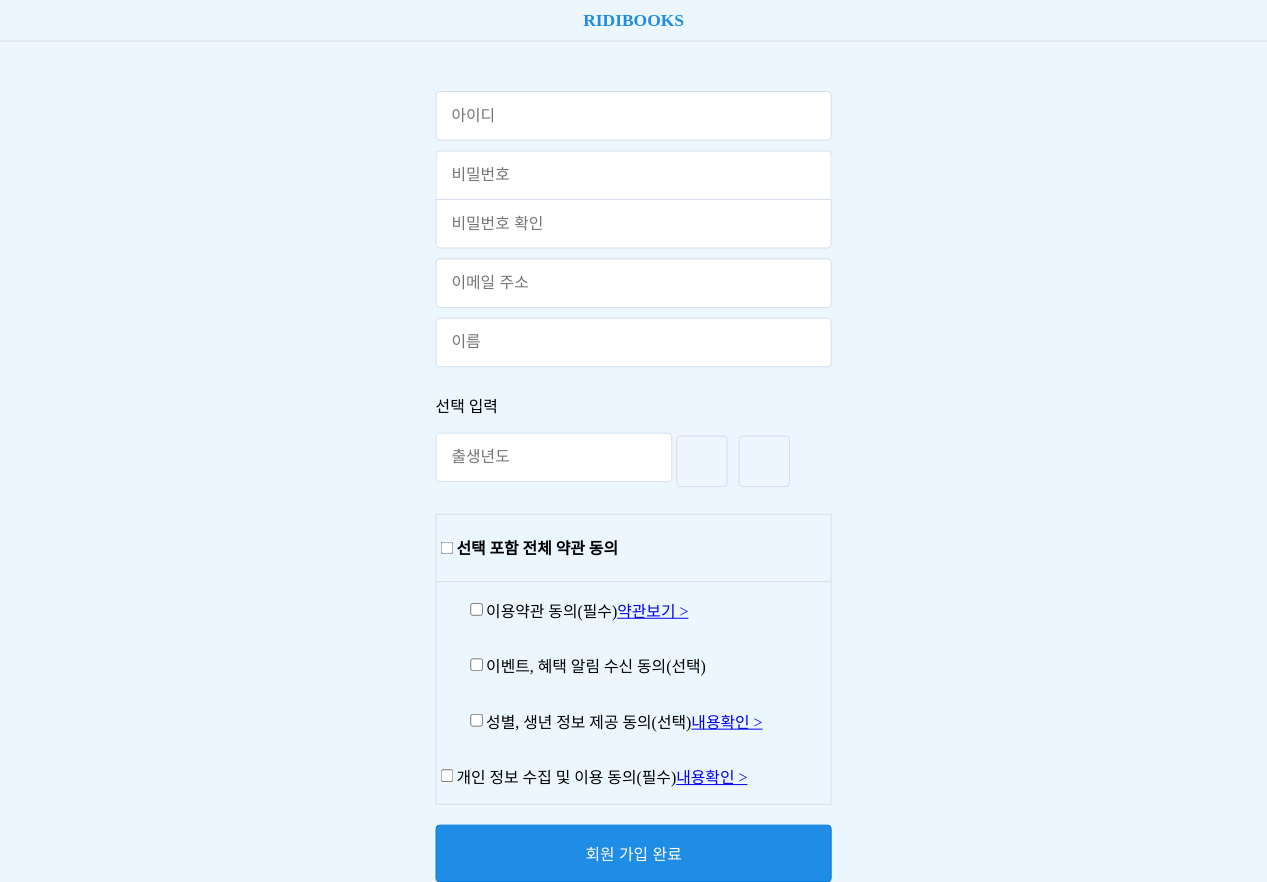
Repository: mega-teamproject/teamproject1
Page: html/join2.html
An editor plug-in stored every save of this project. The page is shown before and after the next save, followed by the edit.
The browser window is 1280 px wide. The pictures show the whole page, at 99% of full size.

Above is the page before, as saved 2021-12-28 03:13:17.

After the next save:
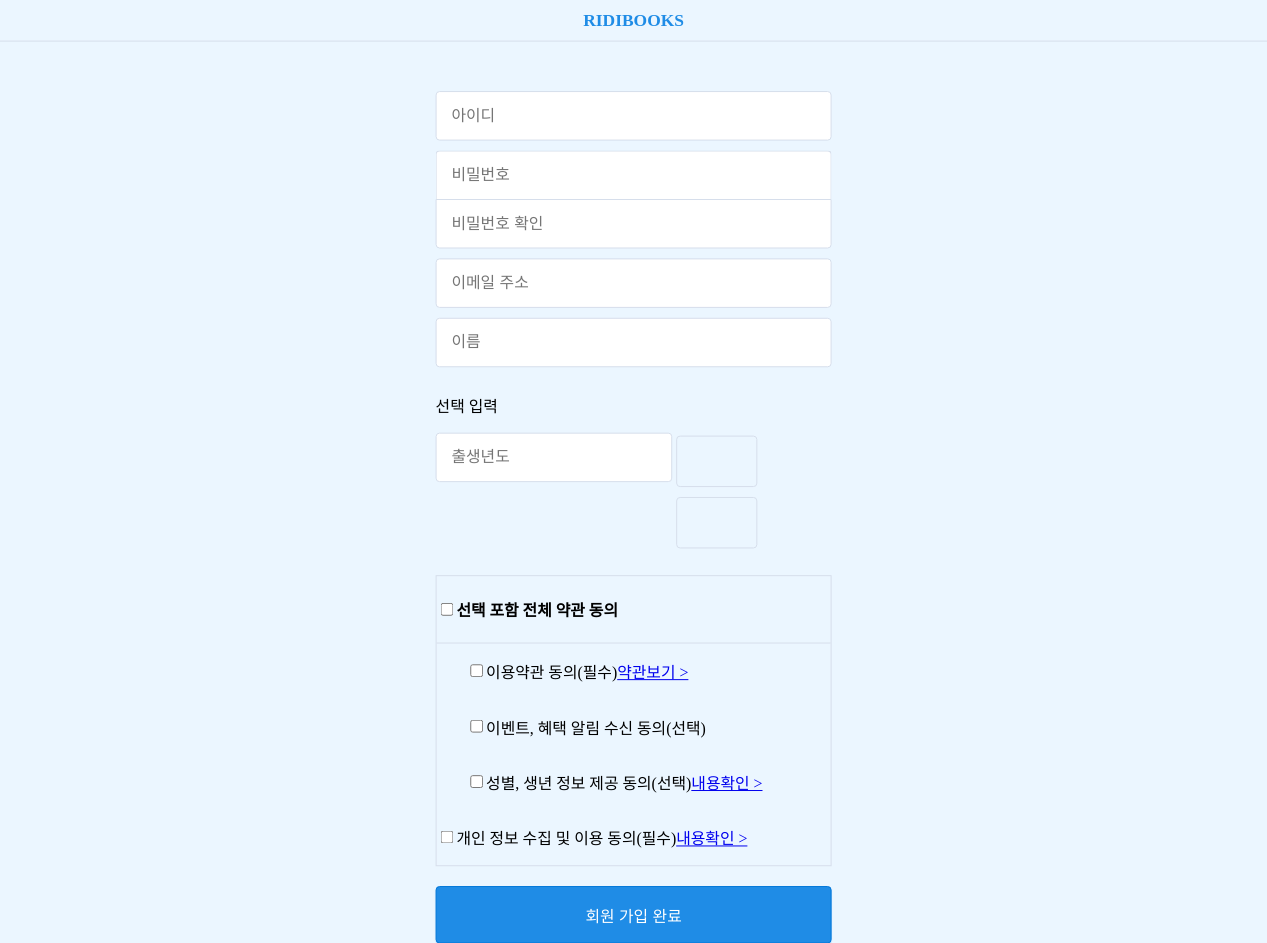
Saved 7 s later.
--- a/css/join2.css
+++ b/css/join2.css
@@ -58,7 +58,7 @@
 
 .birth-gender input[type="checkbox"] {
   appearance: none;
-  padding: 25px;
+  padding: 25px 40px;
 }
 
 .terms {

After the save that followed:
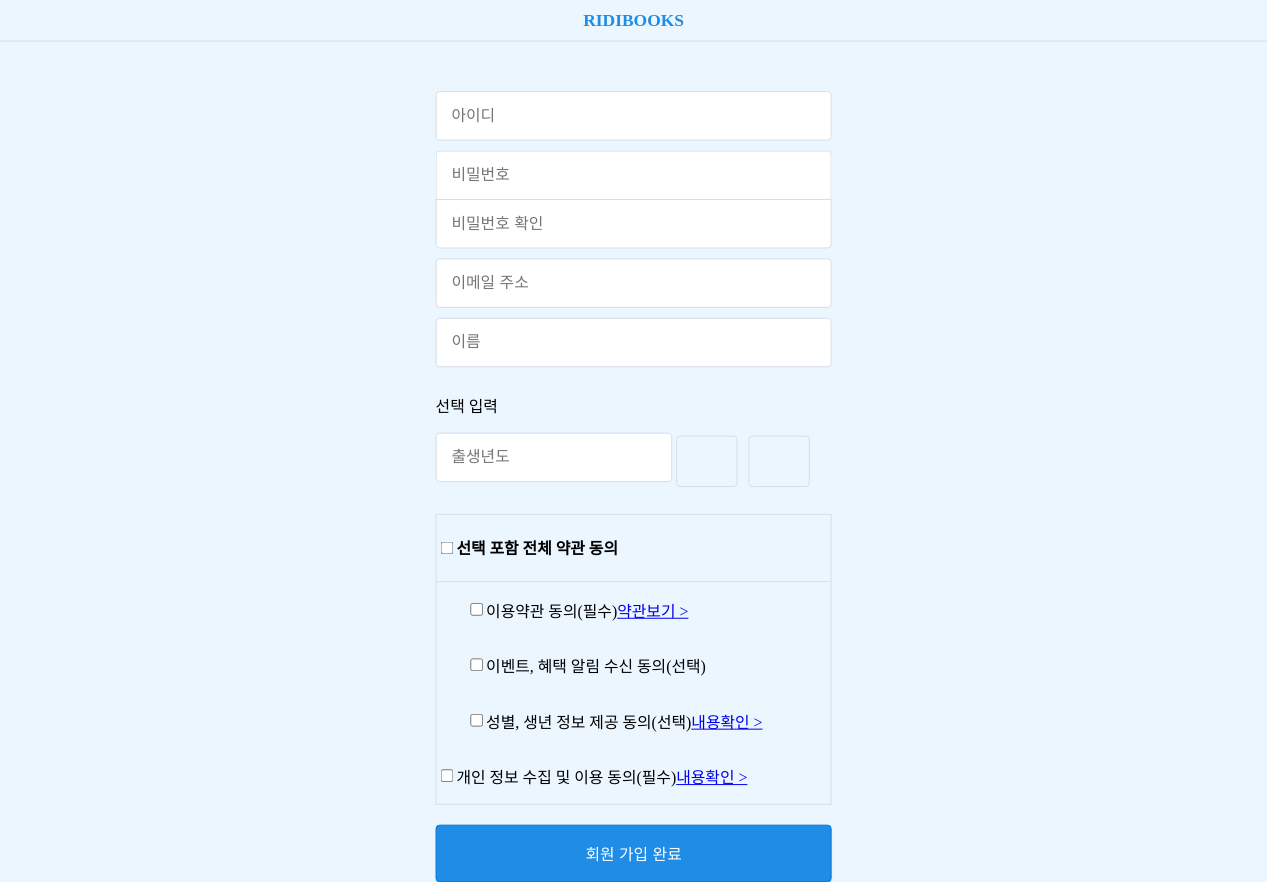
Saved 4 s later.
--- a/css/join2.css
+++ b/css/join2.css
@@ -58,7 +58,7 @@
 
 .birth-gender input[type="checkbox"] {
   appearance: none;
-  padding: 25px 40px;
+  padding: 25px 30px;
 }
 
 .terms {
